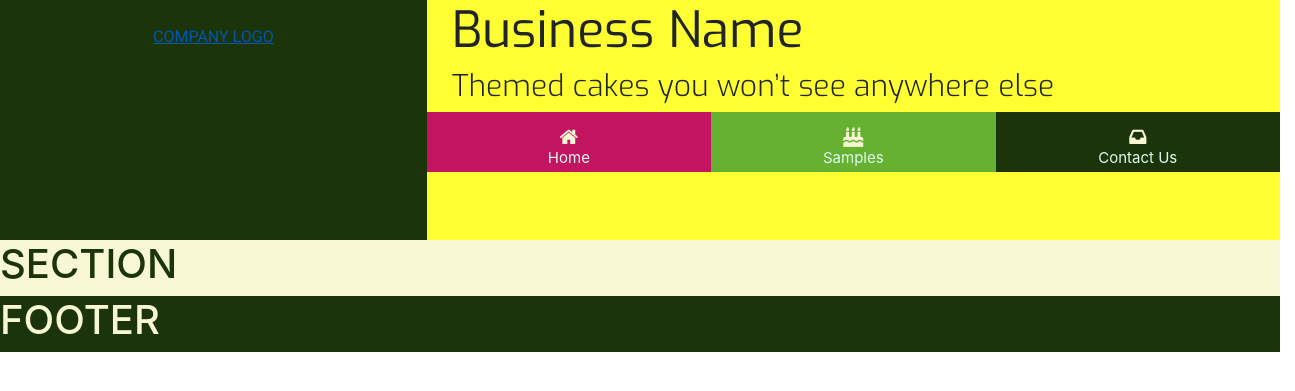
Repository: seanjcarley/Milestone1
Page: index.html
The author's editor kept a record of every edit. The page is drawn from the files as they stood at one moment, then again after the next edit.
The browser window is 1280 px wide. The page is 1295 px wide, so the pictures cover 1295 px, including what lies to the right of the window. The pictures show the whole page.

Above is the page before.

### index.html
<!DOCTYPE html>
<html lang="en">

<head>
    <meta charset="UTF-8">
    <meta name="viewport" content="width=device-width, initial-scale=1.0">
    <meta http-equiv="X-UA-Compatible" content="ie=edge">
    <link rel="stylesheet" href="https://stackpath.bootstrapcdn.com/bootstrap/4.3.1/css/bootstrap.min.css" type="text/css" />
    <link rel="stylesheet" href="https://stackpath.bootstrapcdn.com/font-awesome/4.7.0/css/font-awesome.min.css" type="text/css">
    <link rel="stylesheet" href="https://cdnjs.cloudflare.com/ajax/libs/hover.css/2.3.1/css/hover-min.css" type="text/css">
    <link rel="stylesheet" href="css/style.css">
    <title>XXXXX Bakery and Novelty Cakes</title>
</head>

<body>
    <header>
        <div class="row no-gutters">
            <a href="#" class="col-md-4 logo">COMPANY LOGO</a>
            <div class="col-md-8">
                <div class="row no-gutters">
                    <div class="col page-header">
                        <h1 class="name caps">Business Name</h1>
                        <h2 class="tag-line caps">Themed cakes you won’t see anywhere else</h2>
                    </div>
                </div>
                <div class="row no-gutters">
                    <div class="col">
                        <ul id="nav" class="list-inline menucontainer">
                            <li class="col col-sm-4 menu-item-color-home list-inline-item menuitem">
                                <a href="index.html"><i class="fa fa-home" aria-hidden="true"></i><span>Home</span></a>
                            </li>
                            <li class="col col-sm-4 menu-item-color-samples list-inline-item menuitem">
                                <a href="#"><i class="fa fa-birthday-cake" aria-hidden="true"></i><span>Samples</span></a>
                            </li>
                            <li class="col col-sm-4 menu-item-color-contact list-inline-item menuitem">
                                <a href="#"><i class="fa fa-inbox" aria-hidden="true"></i><span>Contact Us</span></a>
                            </li>
                        </ul>
                    </div>
                </div>
            </div>
        </div>
    </header>
    <section class="section-color">
        <div class="row">
            <div class="col">
                <h1>SECTION</h1>
            </div>
        </div>
    </section>
    <footer class="footer-color">
        <div class="row">
            <div class="col">
                <h1>FOOTER</h1>
            </div>

        </div>
    </footer>
</body>

</html>

### css/style.css
@import url('https://fonts.googleapis.com/css?family=Roboto:100,200,300,400,500,600,700|Exo:100,200,300,400,500,600,700');

/*----------------------------------------------------------------------------*/
/* Colours */
/*----------------------------------------------------------------------------*/

.menu-item-color-home {
    background-color: #C21460;
    color: #F7F7D4;
}

.menu-item-color-samples {
    background-color: #66B032;
    color: #F7F7D4;
}

.menu-item-color-contact {
    background-color: #1B3409;
    color: #F7F7D4;
}

/*----------------------------------------------------------------------------*/
/* Header */
/*----------------------------------------------------------------------------*/

header {
    margin: 20;
    background-color: #fefe33;
}

.page-header {

}

.name {
    font-family: "Exo", sans-serif;
    font-weight: 400;
    font-size: 50px;
    margin-left: 25px;
}

.tag-line {
    font-family: "Exo", sans-serif;
    font-weight: 300;
    font-size: 30px;
    margin-left: 25px;
}

.logo {
    background: url("#");
    background-position: center;
    background-repeat: no-repeat;
    background-size: cover;
    background-color: #1B3409;
    font-family: "Roboto", sans-serif;
    text-align: center;
    padding-top: 25px;
    min-height: 240px;
}

.list-inline-item:not(:last-child) {
    margin-right: 0;
}

.menucontainer {
    font-size: 0;
}

#nav li {
    font-size: 14px;
    padding: 0;
}

#nav {
    margin: 0;
}

.menuitem {
    height: 60px;
    text-align: center;
    padding: 0;
}

.menuitem a {
    width: 100%;
    text-decoration: none;
    color: #defdef;
    height: 100%;
}

.menuitem a i {
    padding-top: 15px;
    display: block;
    color: #F7F7D4;;
    font-size: 20px;
}

.menuitem span {
    display: block;
    font-size: 15px;
}

/*----------------------------------------------------------------------------*/
/* Section */
/*----------------------------------------------------------------------------*/

section {
    margin: 0;
    background-color: #F7F7D4;
    color: #1B3409;
}

/*----------------------------------------------------------------------------*/
/* Footer */
/*----------------------------------------------------------------------------*/

footer {
    margin: 0;
    background-color: #1B3409;
    color: #F7F7D4;
}

/*----------------------------------------------------------------------------*/
/* Media Queries */
/*----------------------------------------------------------------------------*/

After the next edit:
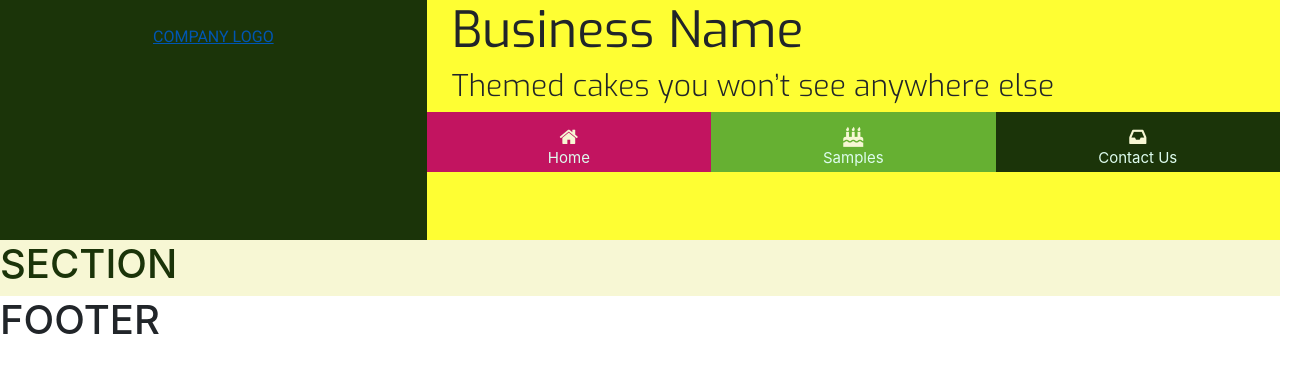
The edit:
--- a/css/style.css
+++ b/css/style.css
@@ -116,8 +116,6 @@
 
 footer {
     margin: 0;
-    background-color: #1B3409;
-    color: #F7F7D4;
 }
 
 /*----------------------------------------------------------------------------*/

After the edit that followed:
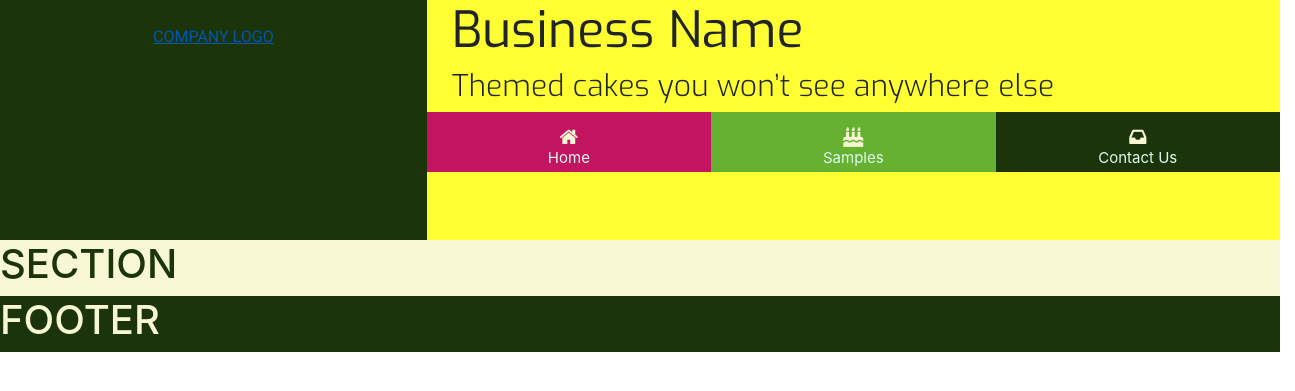
The edit:
--- a/css/style.css
+++ b/css/style.css
@@ -15,6 +15,11 @@
 }
 
 .menu-item-color-contact {
+    background-color: #1B3409;
+    color: #F7F7D4;
+}
+
+.footer-color {
     background-color: #1B3409;
     color: #F7F7D4;
 }
